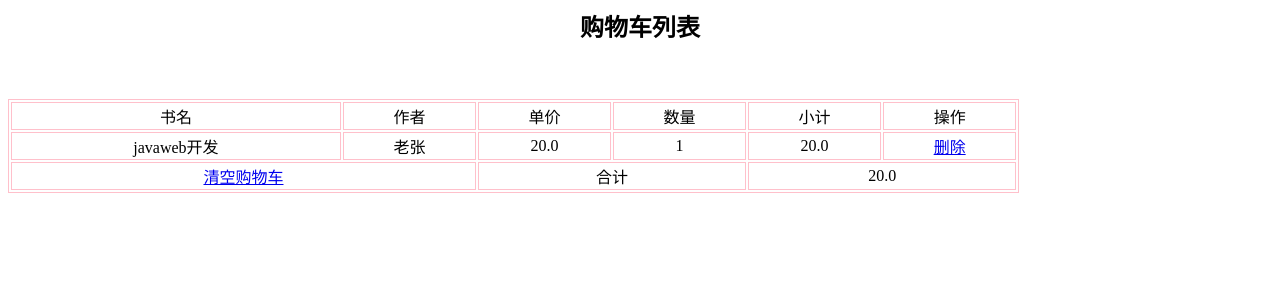
Repository: wsws1996/myproject
Page: http://localhost/day10/servlet/BuyServlet?bookid=1
An editor plug-in stored every save of this project. The page is shown before and after the next save, followed by the edit.
The browser window is 1280 px wide. The pictures show the whole page.
The page is served by Tomcat 9.

Above is the page before, as saved 2015-11-23 15:15:59.

After the next save:
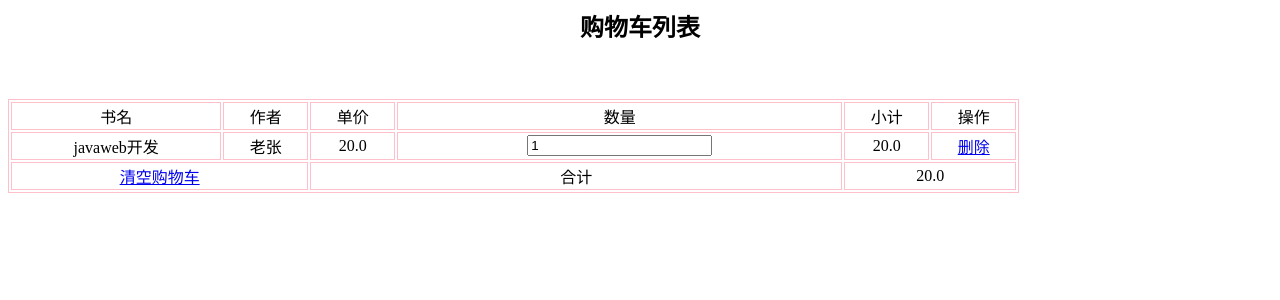
Saved 2 min 44 s later.
--- a/java/workspace/day10/WebRoot/WEB-INF/jsp/listcart.jsp
+++ b/java/workspace/day10/WebRoot/WEB-INF/jsp/listcart.jsp
@@ -36,7 +36,7 @@
 					<td>${me.value.book.name }</td>
 					<td>${me.value.book.author }</td>
 					<td>${me.value.book.price }</td>
-					<td>${me.value.quantity }</td>
+					<td><input type="text" value="${me.value.quantity }"></td>
 					<td>${me.value.price }</td>
 					<td><a
 						href="${pageContext.request.contextPath}/servlet/DeleteServlet?bookid=${me.value.book.id }">删除</a></td>
